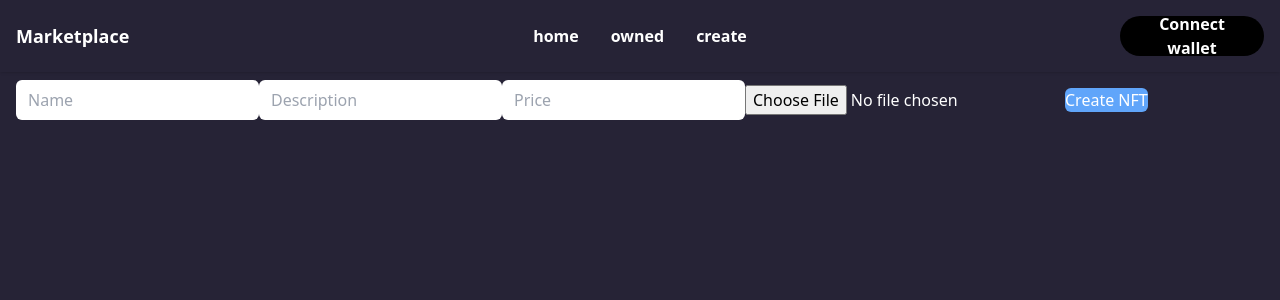
Repository: Kiendz3202/marketplace-frontend-nuxtjs
Page: /create
These files come from the project's save history. The page is drawn as it stood at one moment and after the next save; the edit follows.
The browser window is 1280 px wide. The pictures show the whole page.
The project was rebuilt for these pictures with package versions that can differ from the ones it lists, and the page was loaded fresh each time. The framework's server and built-in components were replaced by stand-ins that run in the browser. Also part of the build but not shown: nuxt.config.js, components/connectWallet/AddressAvatar.vue.

Above is the page before, as saved 2022-11-08 14:29:26.

After the next save:
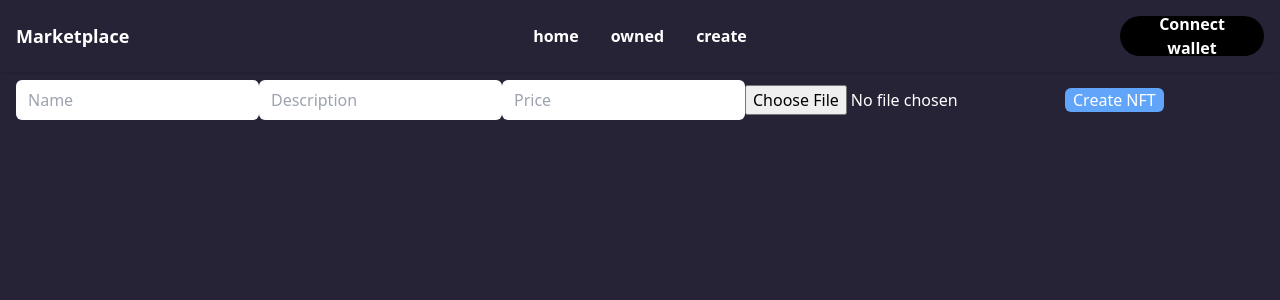
Saved 40 s later.
--- a/pages/create/index.vue
+++ b/pages/create/index.vue
@@ -16,7 +16,7 @@
       class="rounded-md pl-3 py-2 text-black outline-none"
     />
     <input type="file" @change="previewFiles" />
-    <button class="ml-2 bg-blue-400 rounded-md text-white" type="submit">
+    <button class="ml-2 bg-blue-400 rounded-md text-white px-2" type="submit">
       Create NFT
     </button>
   </form>
